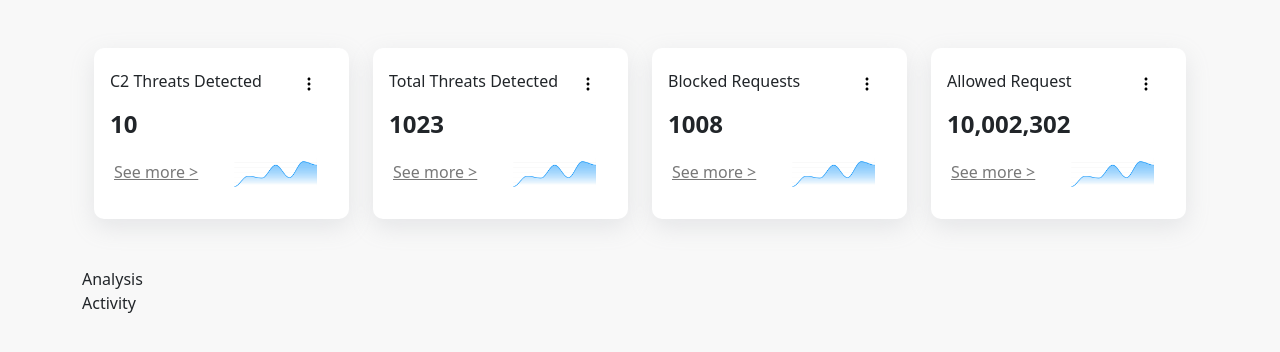
Repository: badhon252/dashboard
Page: /
An editor plug-in stored every save of this project. The page is shown before and after the next save, followed by the edit.
The browser window is 1280 px wide. The pictures show the whole page.
The project was rebuilt for these pictures with package versions that can differ from the ones it lists, and the page was loaded fresh each time. Also part of the build but not shown: vite.config.js.

Above is the page before, as saved 2023-01-27 02:24:11.

### index.html
<!DOCTYPE html>
<html lang="en">

<head>
    <meta charset="UTF-8" />
    <link rel="icon" type="image/svg+xml" href="/vite.svg" />
    <meta name="viewport" content="width=device-width, initial-scale=1.0" />
    <!-- bootsrap cdn  -->
    <link rel="stylesheet" href="https://cdn.jsdelivr.net/npm/bootstrap@5.2.3/dist/css/bootstrap.min.css">
    <title>DashBoard</title>
</head>

<body>
    <div id="root"></div>

    <script type="module" src="/src/index.jsx"></script>
    <!-- bootsrap cdn  -->
    <script type="module" src="https://cdn.jsdelivr.net/npm/bootstrap@5.2.3/dist/js/bootstrap.bundle.min.js"></script>
</body>

</html>

### src/App.jsx
import './App.css'
import Activity from './Components/Activity/Activity'
import Analysis from './Components/Analysis/Analysis'
import Status from './Components/Status/Status'

function App() {

  return (
    <div className="container">
      <Status/>
      <Analysis/>
      <Activity/>
    </div>
  )
}

export default App

### src/App.css
body {
    background-color: #f8f8f8;
}

.link {
    color: rgba(0, 0, 0, 0.534);
    text-decoration: underline;
    font-size: 1em;
    padding: 0;
}

.link,
img {
    cursor: pointer;
}

### src/Components/Activity/Activity.jsx
import React from 'react';

const Activity = () => {
    return (
        <div>
            Activity
        </div>
    );
}

export default Activity;

### src/Components/Analysis/Analysis.jsx
import React from 'react'

export default function Analysis() {
  return (
    <div>Analysis</div>
  )
}

### src/Components/Status/Status.jsx
import React from 'react'
import "./Status.css"
import StatusCard from './StatusCard';
import dotIcon from "../../assets/dot.svg"

export default function Status() {
  return (
    <div id="status" className='container'>
      <div className='row' >

        <div className="col-md-3">
            <StatusCard title="C2 Threats Detected" icon={dotIcon} amount="10" link={null}/>
        </div>
        <div className="col-md-3">
            <StatusCard title="Total Threats Detected" icon={dotIcon} amount="1023" link={null}/>
        </div>
        <div className="col-md-3">
            <StatusCard title="Blocked Requests" icon={dotIcon} amount="1008" link={null}/>
        </div>
        <div className="col-md-3">
            <StatusCard title="Allowed Request" icon={dotIcon} amount="10,002,302" link={null}/>
        </div>

      </div>
    </div>
  )
}

### src/Components/Status/Status.css
/* Card css  */

.myCard {
    border-radius: 5px;
    transition: all 0.3s ease-in-out;
    width: 100%;
    box-shadow: rgba(149, 157, 165, 0.2) 0px 8px 24px;
    border-radius: 10px;
    background-color: #fff;
}

.myCard_title {
    font-size: 1rem;
    font-weight: 500;
    margin: 0.5rem 0;
}

.myCard_value {
    font-size: 1.5rem;
    font-weight: 600;
}

.myCard_data {
    display: flex;
    justify-content: space-between;
    align-items: center;
    padding: 1rem;
}

### src/Components/Status/StatusCard.jsx
import "./Status.css";
import areaChart from "../../assets/areaChat.png";

export default function StatusCard({ title, icon, amount, link }) {
  return (
    <div className="myCard my-5 p-3">
      <div className="myCard_Head d-flex justify-content-between">
        <h3 className="myCard_title">{title}</h3>
        <h3 className="myCard_icon">
          <img className="img-fluid w-50" src={icon} alt=":" />
        </h3>
      </div>

      <div className="myCard_value">{amount}</div>

      <div className="myCard_data row pt-3">
        <div className="link col-sm-6">
          <a href={link}>See more {">"} </a>
        </div>
        <div className="myCard_Graph col-sm-6">
          <img className="img-fluid" src={areaChart} alt="" />
        </div>
      </div>
    </div>
  );
}

Loaded but not shown: src/index.jsx (common file)

After the next save:
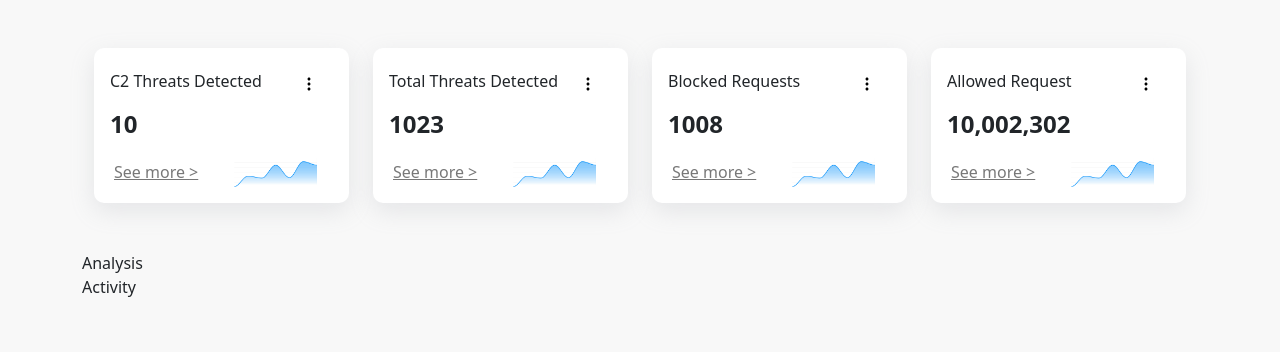
Saved 88 s later.
--- a/src/Components/Status/Status.css
+++ b/src/Components/Status/Status.css
@@ -24,5 +24,5 @@
     display: flex;
     justify-content: space-between;
     align-items: center;
-    padding: 1rem;
+    padding: 0 1rem;
 }
